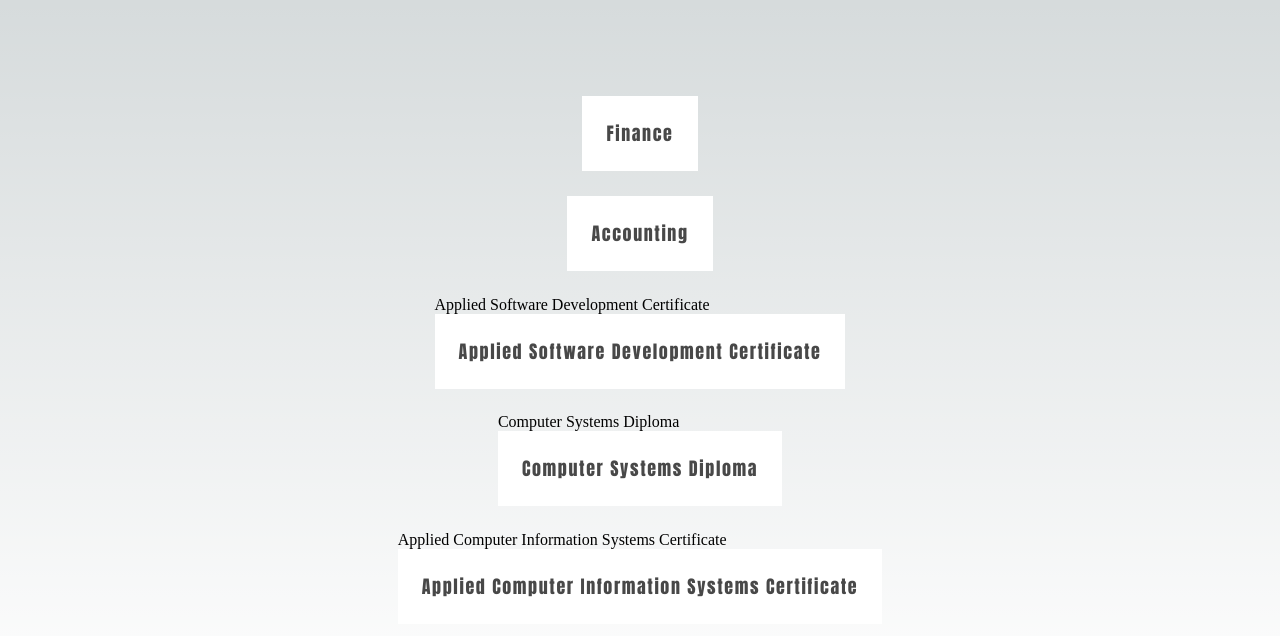
Repository: giovanabirck/class03-vercel-test
Page: /
The author's editor kept a copy of each file at every save. The page is drawn from the files as they stood at one save, then again after the next save.
The browser window is 1280 px wide. The pictures show the whole page.
The project was rebuilt for these pictures with package versions that can differ from the ones it lists, and the page was loaded fresh each time. The framework's server and built-in components were replaced by stand-ins that run in the browser. Also part of the build but not shown: next.config.js.

Above is the page before, as saved 2023-01-24 21:12:01.

### pages/index.js
import Head from 'next/head'
import Image from 'next/image'
import { Inter } from '@next/font/google'
import styles from '../styles/Home.module.css'
import data from '../data/education.json'
import { useState } from 'react'
import Card from '../components/Card'
import Link from 'next/link'
import Menu from '../components/Menu'

const inter = Inter({ subsets: ['latin'] })

export default function Home() {

  console.log(data);
  const [information, setInformation] = useState([...data]);


  return (
    <>
      <Head>
        <title>Programs</title>
        <meta name="description" content="Generated by create next app" />
        <meta name="viewport" content="width=device-width, initial-scale=1" />
        <link rel="icon" href="/favicon.ico" />
        <Menu/>
      </Head>
      <main className={styles.main}>

        {
          information && information.map((info, index) => {
            if(info.department === "Business") {
              return(
                <div key={index}>

                  <Card key={index} degree={info.degree} color="red" font="10px"/>
                </div>
              )
            }
          })
        }

        {
          information && information.map((info, index) => {
            if(info.department === "Computing") {
              return(
                <div key={index}>
                  {info.degree}
                  <Card key={index} degree={info.degree} color="blue" font="50px"/>
                </div>
              )
            }
          })
        }
      </main>

    </>
  )
}

### data/education.json
[
    {
        "studentNumber": "A0004567",
        "firstName": "Person 1",
        "gpa": 3.8,
        "department": "Business",
        "degree": "Finance",
        "graduted": 2014
    },
    {
        "studentNumber": "A0001234",
        "firstName": "Person 2",
        "gpa": 3.5,
        "department": "Business",
        "degree": "Accounting",
        "graduted": 2010
    },
    {
        "studentNumber": "A0007890",
        "firstName": "Person 3",
        "gpa": 3.2,
        "department": "Computing",
        "degree": "Applied Software Development Certificate",
        "graduted": 2018
    },
    {
        "studentNumber": "A0007828",
        "firstName": "Person 4",
        "gpa": 3.9,
        "department": "Computing",
        "degree": "Computer Systems Diploma",
        "graduted": 2021
    },
    {
        "studentNumber": "A0003425",
        "firstName": "Person 5",
        "gpa": 3.2,
        "department": "Computing",
        "degree": "Applied Computer Information Systems Certificate",
        "graduted": 2021
    }
]

### components/Card/index.js

export default function Card({
    degree  =   "display",
    font    =   "0",
    image   =   "icon/personTwo.png"
}) {

    return(
        <div style={{
            backgroundColor: "white",
            padding: "24px",
            fontFamily: "Impact",
            color: "#484848",
            fontSize: "18px",
            letterSpacing: "0.1rem",
        }}>
            {degree}
        </div>
    )
}

### components/Menu/index.js

export default function Menu() {
    return(
        <>
        <div style={{
            display: "flex",
        }}>
            <div className="lateral-menu" style={{
                backgroundColor: 'white',
                width: "20%",
                innerHeight: "500px",
                padding: "40px 40px 350px 24px",
                fontFamily: "Arial",
                fontWeight: "bold",
                color: "#A8A8A8",
                }}>

                <h1 style={{
                    fontFamily: "Impact",
                    fontSize: "40px",
                    color: "#5F7AF2",
                    padding: "16px 16px 56px 16px",
                }}>Future
                    <br></br>
                    University
                </h1>

                <br></br>

                <a className="a-employees" href="about" style={{padding:"16px"}}>Employees</a>

                <br></br>

                <p className="p-programs" style={{padding:"48px 16px 16px 16px", color: "#5F7AF2"}}>Programs</p>

                <br></br>

                <p style={{padding:"16px"}}>Lorem ipsum</p>

                <br></br>

                <p style={{padding:"16px"}}>Lorem ipsum</p>

                <br></br>

                <p style={{padding:"16px"}}>Lorem ipsum</p>
            </div>
            <div>
                <div className="top-menu" style={{
                    backgroundColor: "white",
                    width: "200%",
                    display: "flex",
                    height: "96px",
                    alignItems: "center",
                    justifyContent: "space-between",
                }}>
                    <input placeholder="search" style={{
                        fontFamily: "Arial",
                        fontSize: "14px",
                        color: "#5F7AF2",
                        padding: "16px",
                        border: "solid 2px #5F7AF2",
                        borderRadius: "8px",
                        width: "400px",
                        margin: "24px"
                    }}>
                    </input>
                    <h2 style={{
                        fontFamily: "Arial",
                        fontWeight: "bold",
                        fontSize: "16px",
                        color: "#5F7AF2",
                        padding: "16px 40px 16px 16px"
                        }}>Profile Name</h2>
                </div>
                <div id="main-div" style={{
                    backgroundColor: "#EAEBF1",
                    width: "200%",
                    height: "89%"
                }}>
                </div>
            </div>
        </div>
        </>
    )
}

Loaded but not shown: pages/_app.js (common file); pages/_document.js (common file); styles/globals.css (common file); styles/Home.module.css (common file)

After the next save:
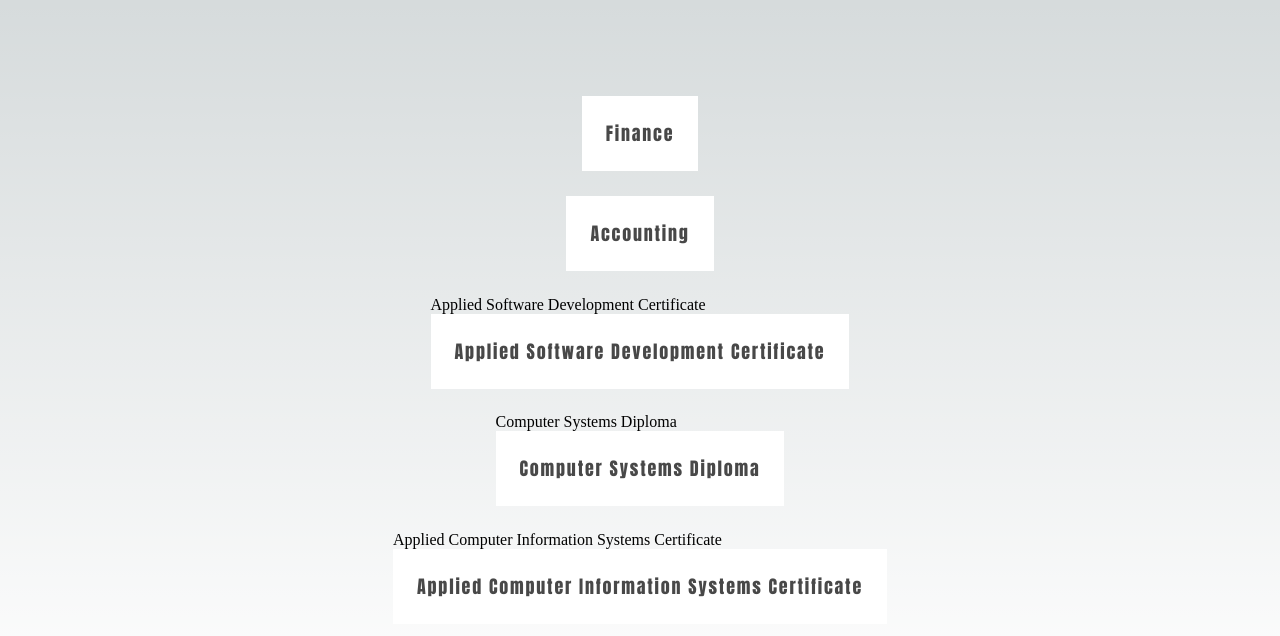
Saved 6 s later.
--- a/components/Card/index.js
+++ b/components/Card/index.js
@@ -12,7 +12,7 @@ export default function Card({
             fontFamily: "Impact",
             color: "#484848",
             fontSize: "18px",
-            letterSpacing: "0.1rem",
+            letterSpacing: "0.1em",
         }}>
             {degree}
         </div>
